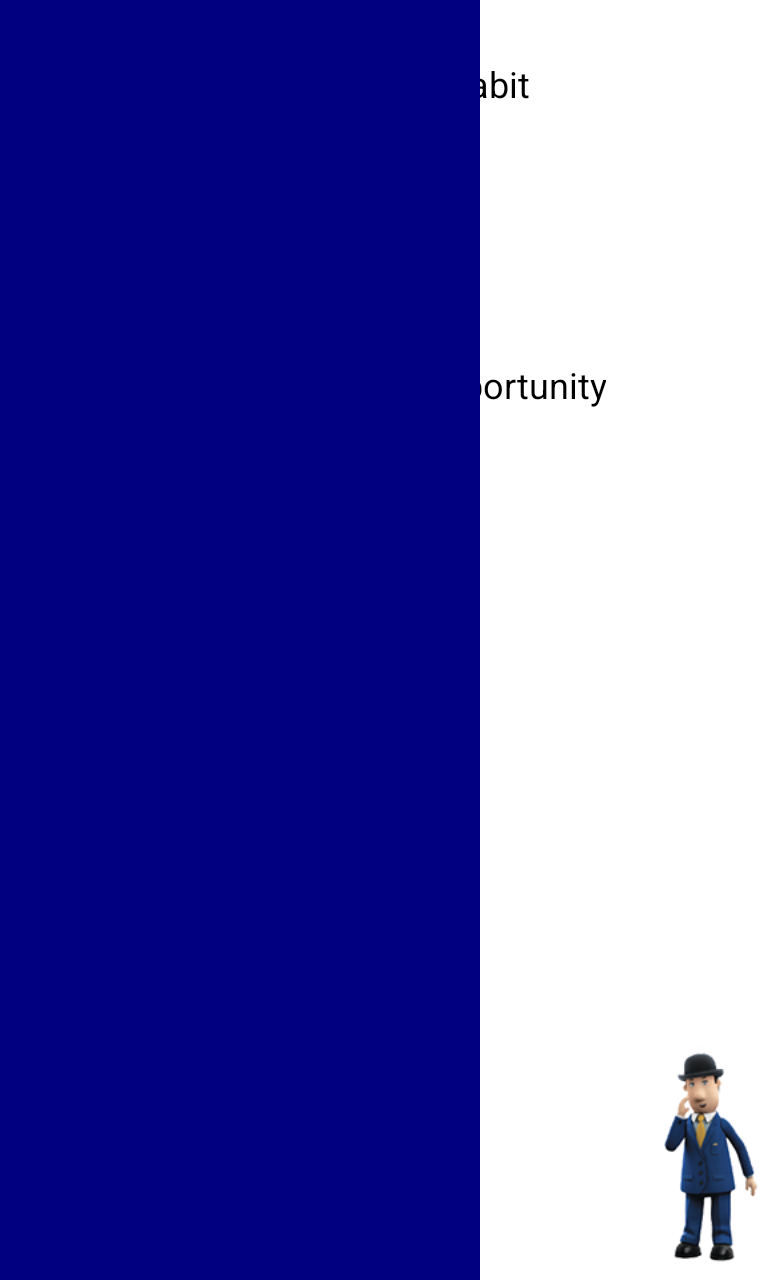
Repository: derek-zhan/RBCPrototypeChallenge
Layout: RBCPrototype/res/layout/activity_menu.xml
An editor plug-in stored every save of this project. The layout is shown before and after the next save, followed by the edit.
It is drawn on a 768 x 1280 px phone screen (xhdpi) without system bars, with theme AppTheme; the app's code is not run. Lists and similar views that code fills are empty.

Above is the layout before, as saved 2014-06-03 21:57:14.

After the next save:
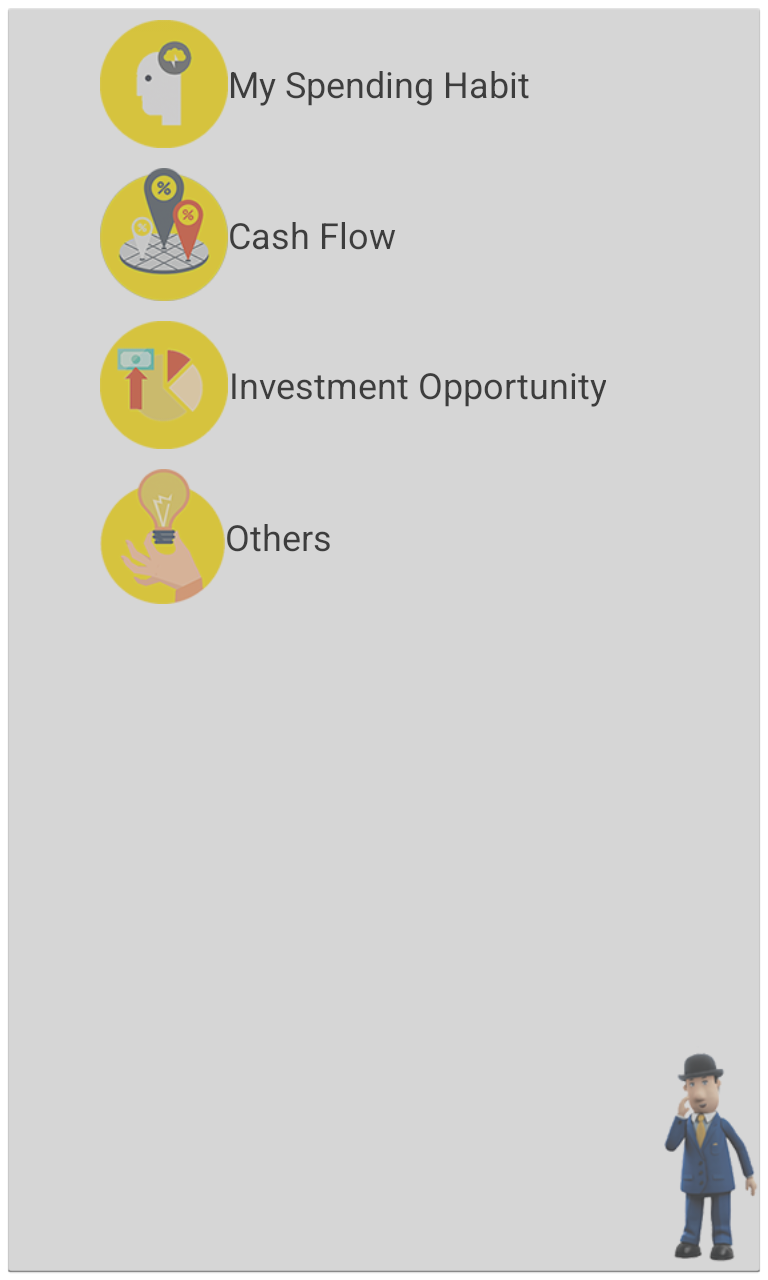
Saved 56 s later.
--- a/RBCPrototype/res/layout/activity_menu.xml
+++ b/RBCPrototype/res/layout/activity_menu.xml
@@ -70,11 +70,6 @@
         android:layout_width="match_parent"
         android:layout_height="match_parent" />
 
-    <RelativeLayout
-        android:layout_width="match_parent"
-        android:layout_height="match_parent"
-        >
-
     <ListView
         android:id="@+id/left_drawer"
         android:layout_width="240dp"
@@ -88,9 +83,9 @@
     <Button
         android:layout_width="wrap_content"
         android:layout_height="wrap_content"
-        android:layout_below="@+id/left_drawer"
+
     />
 
-    </RelativeLayout>
+
 
 </android.support.v4.widget.DrawerLayout>
